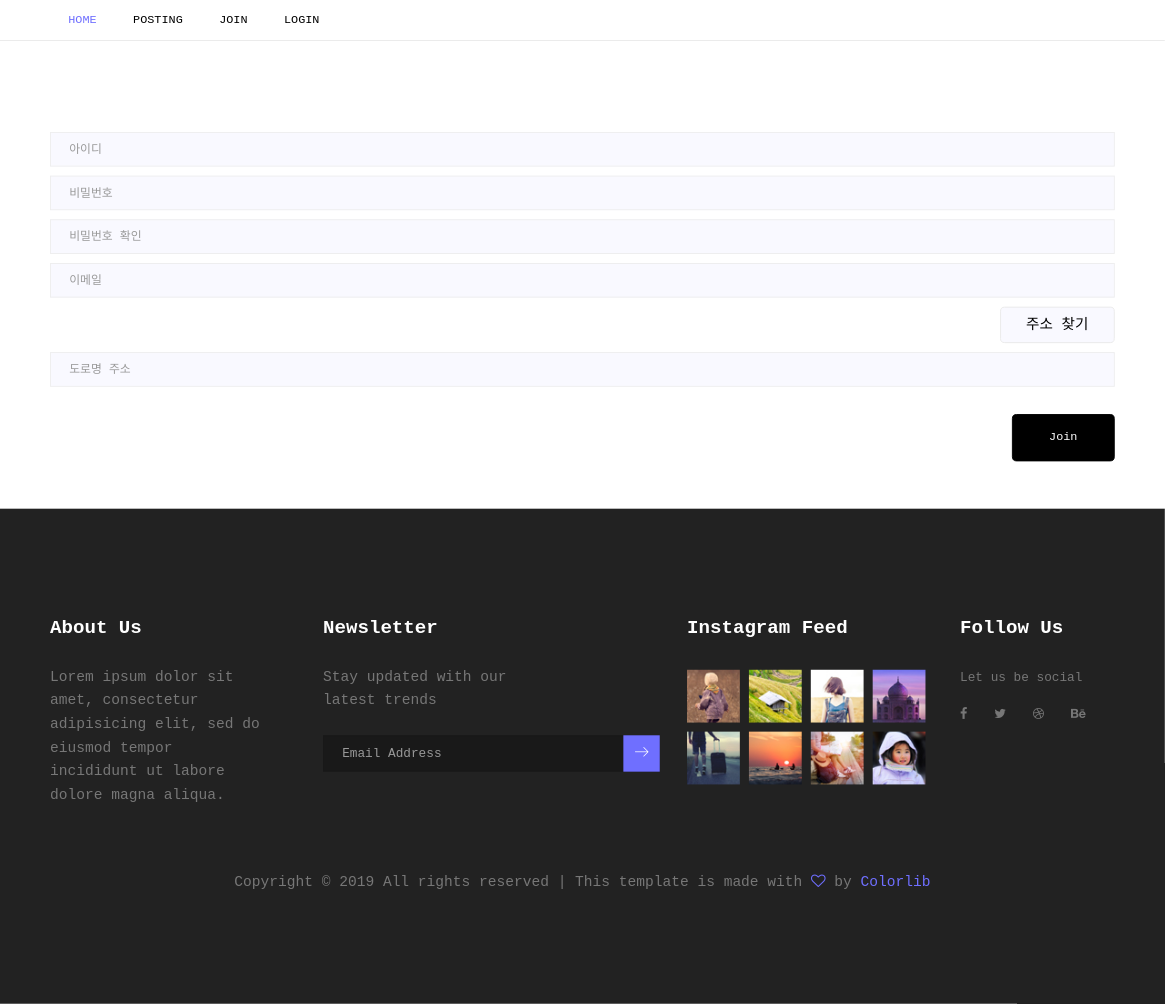
Repository: cwj2306/blog_project_2
Page: http://localhost/blog/user/join.jsp
These files come from the project's save history. The page is drawn as it stood at one moment and after the next save; the edit follows.
The browser window is 1280 px wide. The pictures show the whole page, at 91% of full size.
Some web fonts or font styles are not loaded; a fallback is used. The page is served by Tomcat 9.

Above is the page before, as saved 2019-11-05 02:07:55.

After the next save:
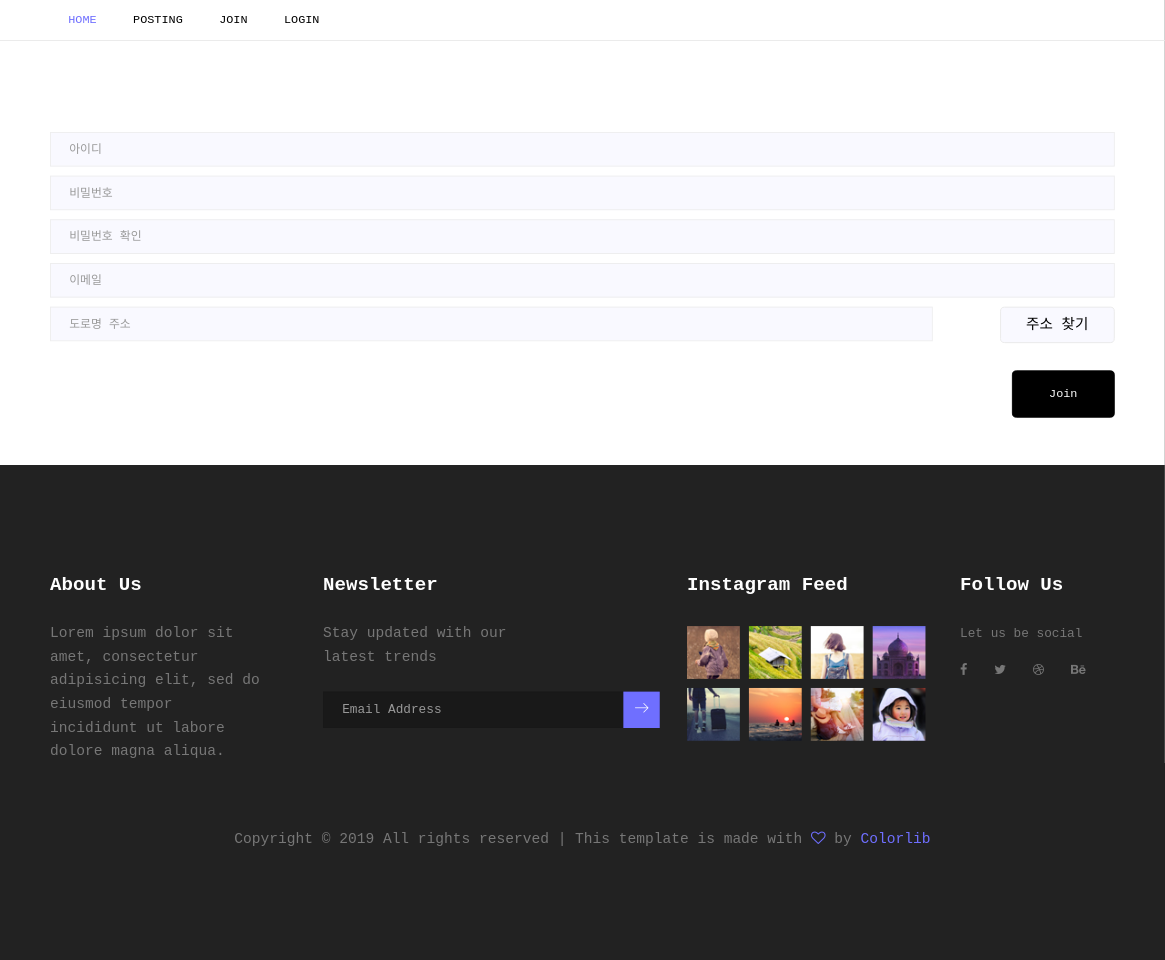
Saved 5 h 11 min later.
--- a/blog/WebContent/user/join.jsp
+++ b/blog/WebContent/user/join.jsp
@@ -32,15 +32,15 @@
 							</div>
 						</div>
 
-						<div class="col-md-12">
-							<div class="form-group float-right">
-								<a style="cursor:pointer;" class="blog_btn" href="#" onclick="goPopup()">주소 찾기</a>
+						<div class="col-md-10">
+							<div class="form-group">
+								<input type="text" class="form-control" name="address" id="roadFullAddr" placeholder="도로명 주소" required="required" readonly="readonly">
 							</div>
 						</div>
 
-						<div class="col-md-12">
-							<div class="form-group">
-								<input type="text" class="form-control" name="address" id="roadFullAddr" placeholder="도로명 주소" required="required" readonly="readonly">
+						<div class="col-md-2">
+							<div class="form-group float-right">
+								<a style="cursor:pointer;" class="blog_btn" href="#" onclick="goPopup()">주소 찾기</a>
 							</div>
 						</div>
 
